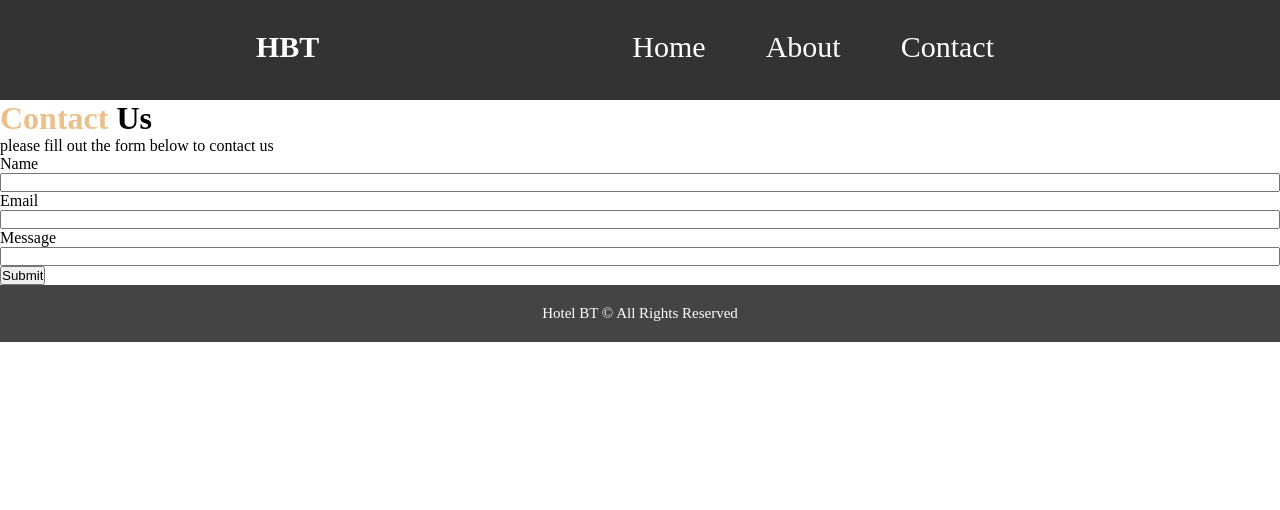
Repository: reemoon-ctrl/hotel-website
Page: 35 - hotel-website/contact.html
An editor plug-in stored every save of this project. The page is shown before and after the next save, followed by the edit.
The browser window is 1280 px wide. The pictures show the whole page.

Above is the page before, as saved 2024-07-22 09:31:51.

### 35 - hotel-website/contact.html
<!DOCTYPE html>
<html lang="en">
<head>
    <meta charset="UTF-8">
    <meta name="viewport" content="width=device-width, initial-scale=1.0">
    <title>HBT | Hotel Website</title>
    <link rel="stylesheet" href="index.css"/>
</head>
<body>
    <header>
        <ul class="nav-bar">
            <li class="title"><a href="index.html">HBT</a></li>
            <div class="bag-nav-row" >
            <li class="bag-nav"><a href=" ">Contact</a></li>
            <li class="bag-nav"><a href="">About</a></li>
            <li class="bag-nav"><a href="index.html">Home</a></li>
            </div>
        </ul>
    </header>

    <main>
        <div>
            <form action="#">
                <h1><span class="fword">Contact </span>Us</h1>
                <p>please fill out the form below to contact us</p>
                <div class="form-label">
                    <label for="name">Name</label>
                    <input type="text">

                </div>
                <div class="form-label">
                    <label for="Email">Email</label>
                    <input type="text">
                </div>
                <div class="form-label">
                    <label for="Message">Message</label>
                    <input type="text">

                </div>
                <input type="submit">
            </form>
        </div>

    </main>

    <footer>
        <p>Hotel BT &copy; All Rights Reserved</p>

    </footer>

</body>
</html>

### 35 - hotel-website/index.css
*{
    padding: 0px;
    margin: 0px;
    box-sizing: border-box;

}
.nav-bar{
    list-style:none;
    overflow: auto;
    /* clear:both; */
    background: #333333;
    font-size: 20px;
    text-align: center;
    height: 100px;

}

.bag-nav-row{
    margin-right: 20%;
}
.title{
    float: left;
    margin-left: 20%;
    font-weight: bold;
    font-size:30px ;

    text-align: center;
    padding:30px 0px;

}
.title  a{
    text-decoration: none;
    color:#fff
}


.bag-nav{
    float: right;
    font-size: 30px;

}
.bag-nav-row li a{
    text-decoration: none;
    padding: 30px 30px 30px 30px;
    display: inline-block;
    color: #fff;
}

.bag-nav-row li a:hover{
    background: #444444;
    color:#ecc08a;
}
.bag-nav-row li a:active{
    background: #444444;
    color:#ecc08a;
}


.mainheader{
     background-image: url("img/showcase.jpg")  ;
   /* background-size:cover;


    height: 600px; */


  background-color: #cccccc;
  height: 600px;
  background-position: center;
  background-repeat: no-repeat;
  background-size: cover;
  position: relative;
}
.mainheadertxt{
    margin: auto;
    top:50%;
    position:relative;
    text-align: center;
    /* margin-top: 20px; */
    color:#fff;
}
.mainheadertxt h3{
    font-size:xx-large;

}

.mainheadertxt p{
    margin:20px;
}
.mainheadertxt a{
    position:relative;
    display: block;
    width: fit-content;
    background: #444444;
    text-decoration:none ;
    color: #fff;
    top:50%;
    margin:auto;


    padding: 20px;
}
.fword{
    color:#ecc08a
}
.main-content{
    width:100%;
    height:300px;
    overflow: auto;
    background: #444444;
    color: #fff;
}
.hotelimg{
    width:50%;
    float:left;
    height:300px;

}
.hotel-disc{
    width:50%;
    float:right;
    text-align: center;
    /* margin-top:px; */
    line-height: 1.5;
    padding:20px;

}
.hotel-disc h3{
    font-size: xx-large;
    margin-bottom: 20px;
}
.hotel-disc a{
    position:relative;
    display: block;
    width: fit-content;

    text-decoration:none ;
    color: #333333;
    padding: 15px;
    margin:auto;
    margin-top: 20px;
    background: #fff;

}

.aside-bar{
    height: 300px;
    overflow: auto;
    clear:both;

}
.ul{
    list-style: none;
    text-align: center;
    margin:auto;
    height:300px;
}
.fli{
    padding: 60px;
    margin: auto;
    float: left;
    width:33%;
    height: 300px;
    padding: 90px 20px;
}
.fli h4{
    font-size: 25px;
    margin-bottom: 20px;
}
.sli h4{
    font-size: 25px;
    margin-bottom: 20px;
}
.thli h4{
    font-size: 25px;
    margin-bottom: 20px;
}
.sli{
    float:left;
    width:33%;
    background-color:#ecc08a;
    height: 300px;
    padding: 90px 20px;

}
.thli{
    float:right;
    width:33%;
    height: 300px;
    margin: auto;
    height: 300px;
    padding: 90px 20px;
}

footer p{
    text-align: center;
    font-size: 15px;
    color: #fff;
    background: #444444;
    padding: 20px;
}
/* ///////////////about website////////////////// */
.s-header{
    overflow: auto;
    clear: both;
    margin: auto;
    margin: 50px 20%;
    /* height: 500px; */
}
.header-content{
    float:left;
    width:40%;

}
.header-content h1{
    font-size: 50px;
}
.header-content p{
    font-size: 28px;
    margin-top: 20px;
    line-height: 1.3;
}
.hotel-img2{
    height:400px;
    width: 40%;
    float: right;
    border-radius:50%;
}
.comment{
    overflow: auto;
    background:#ecc08a;
    margin: 20px 20%;
    border-radius: 20px;

}
.aside-content{
    background-image: url(img/test-bg.jpg) ;
    background-color: #cccccc;
    height:900px;
    background-position: center;
    background-repeat: no-repeat;
    background-size: cover;
    position: relative;
    width: 100%;



}
.aside-content h1{
    margin: 20px 20%;
    text-align: center;
    color: #FFF;
    font-size: 50px;
    padding-top: 100px;
    padding-bottom: 50px;

}
.comment img{
    padding-top: 30px;
width:200px ;
height:200px ;
border-radius: 200px;
float: left;
padding-right: 20px;
padding-left: 20px;
margin-bottom: 50px;
}
.comment p{
padding-top: 70px;
font-size: 28px;
color: #333333;


}
/* ///////////////about style///////////// */
.form-label label{
    display: block;
}
.form-label input{
    width:100%;
}
.form-label{
    font-size: ;
}

After the next save:
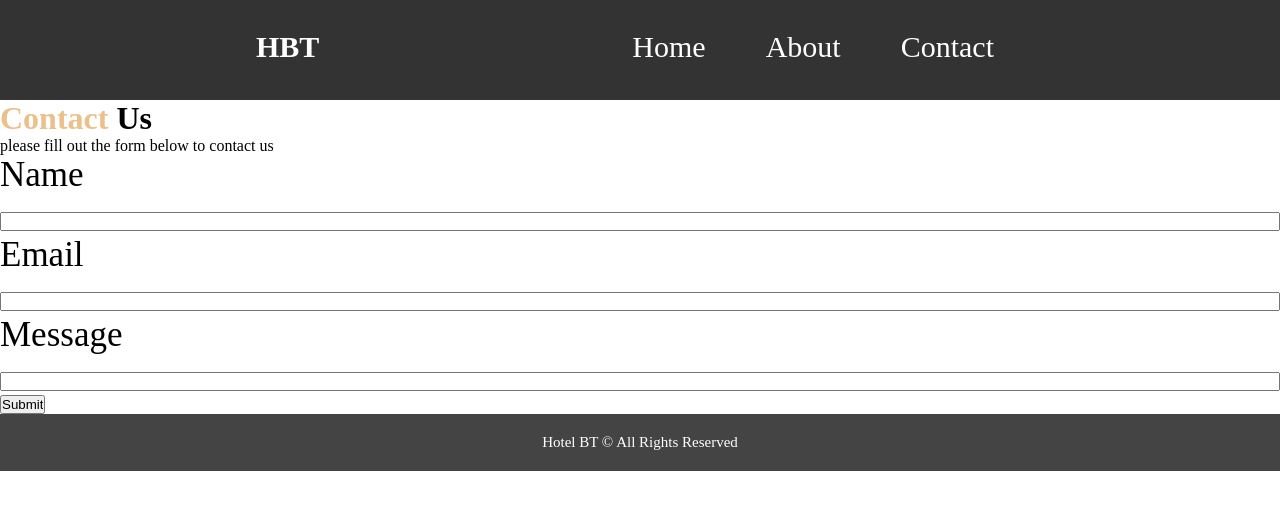
Saved 6 s later.
--- a/35 - hotel-website/index.css
+++ b/35 - hotel-website/index.css
@@ -280,5 +280,5 @@
     width:100%;
 }
 .form-label{
-    font-size: ;
-}
+    font-size: 35px;
+}

After the save that followed:
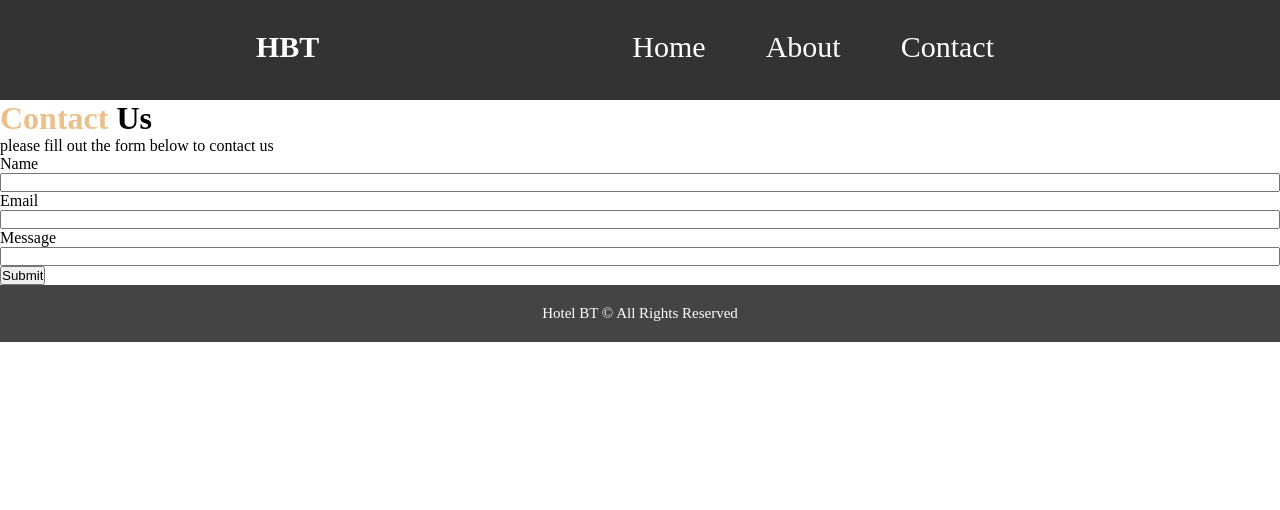
Saved 39 s later.
--- a/35 - hotel-website/index.css
+++ b/35 - hotel-website/index.css
@@ -279,6 +279,6 @@
 .form-label input{
     width:100%;
 }
-.form-label{
+form-label{
     font-size: 35px;
 }
